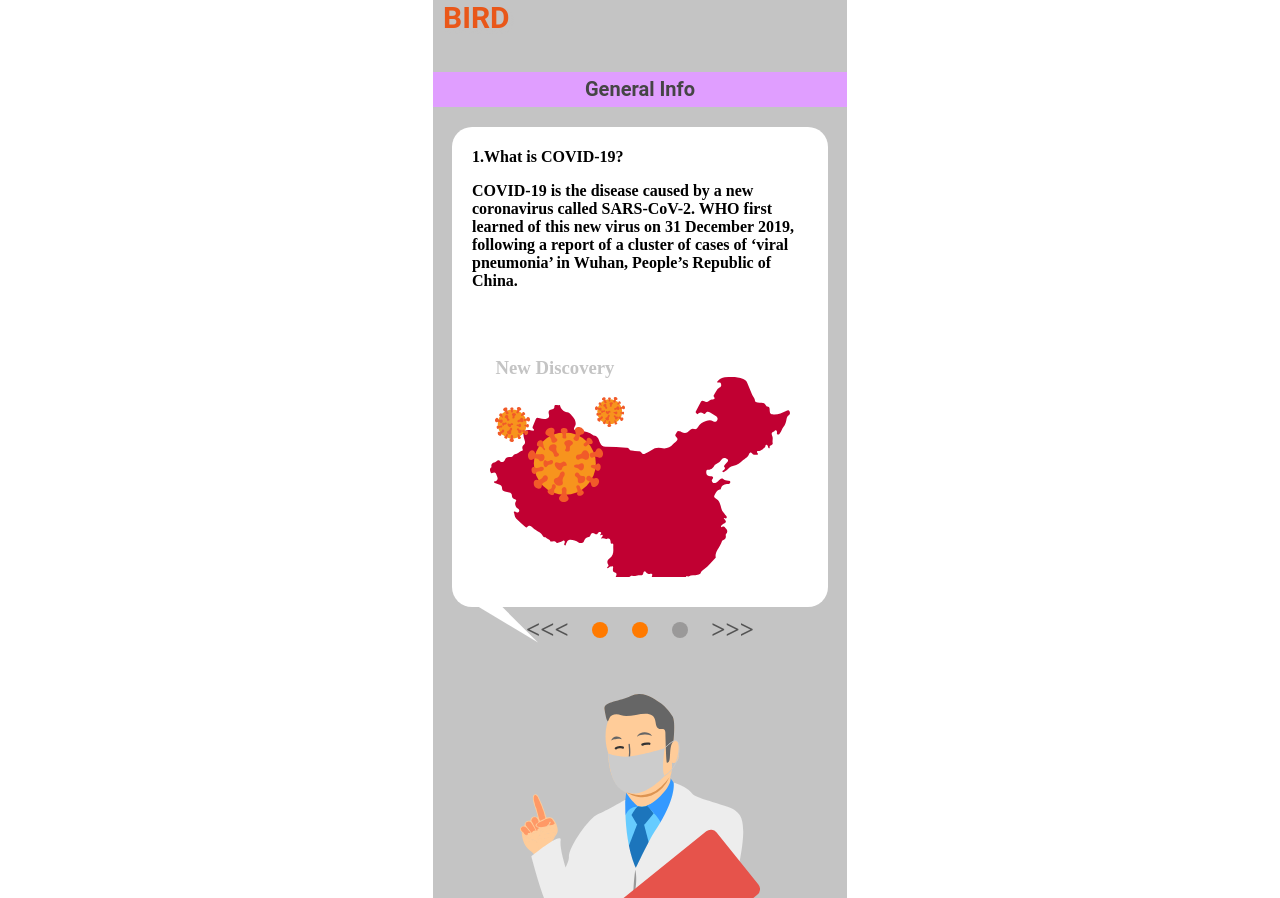
Repository: Levic559/BIRD
Page: General_info-1/2.html
The author's editor kept a copy of each file at every save. The page is drawn from the files as they stood at one save, then again after a run of saves.
The browser window is 1280 px wide. The pictures show the whole page.

Above is the page before, as saved 2021-03-10 22:01:30.

After the next 3 saves:
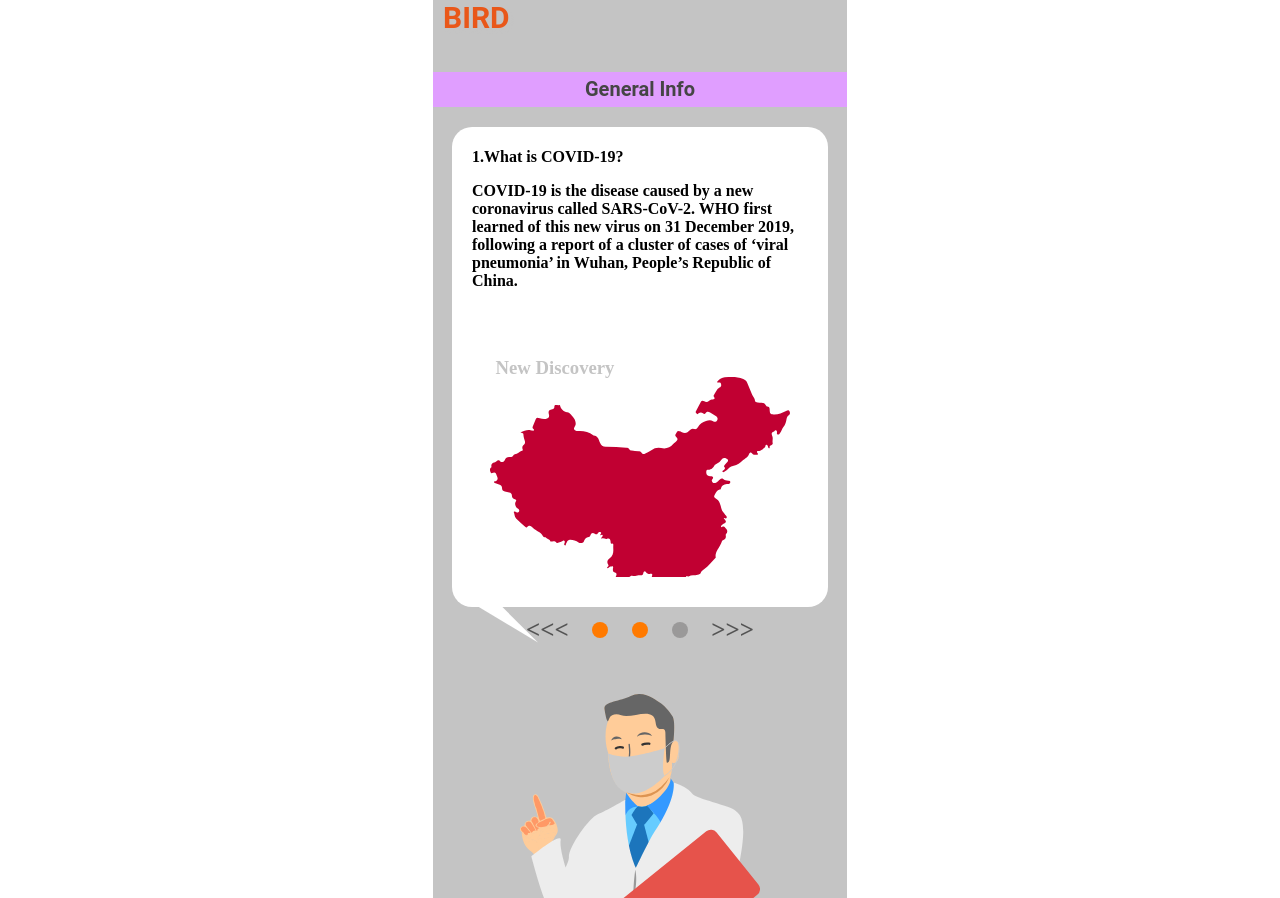
The 3 saves are shown as one change because they came seconds apart.
The last was saved 3 min 48 s later.
--- a/General_info-1/2.html
+++ b/General_info-1/2.html
@@ -25,13 +25,13 @@
         <div class="infographicImg">
           <img src="../assets/wuhan.svg">
         </div>
-        <div class="infographicImg2">
+        <div class="infographicImg5">
           <img src="../assets/virus.svg">
         </div>
-        <div class="infographicImg3">
+        <div class="infographicImg6">
           <img src="../assets/virus.svg">
         </div>
-        <div class="infographicImg4">
+        <div class="infographicImg7">
           <img src="../assets/virus.svg">
         </div>
       </div>
